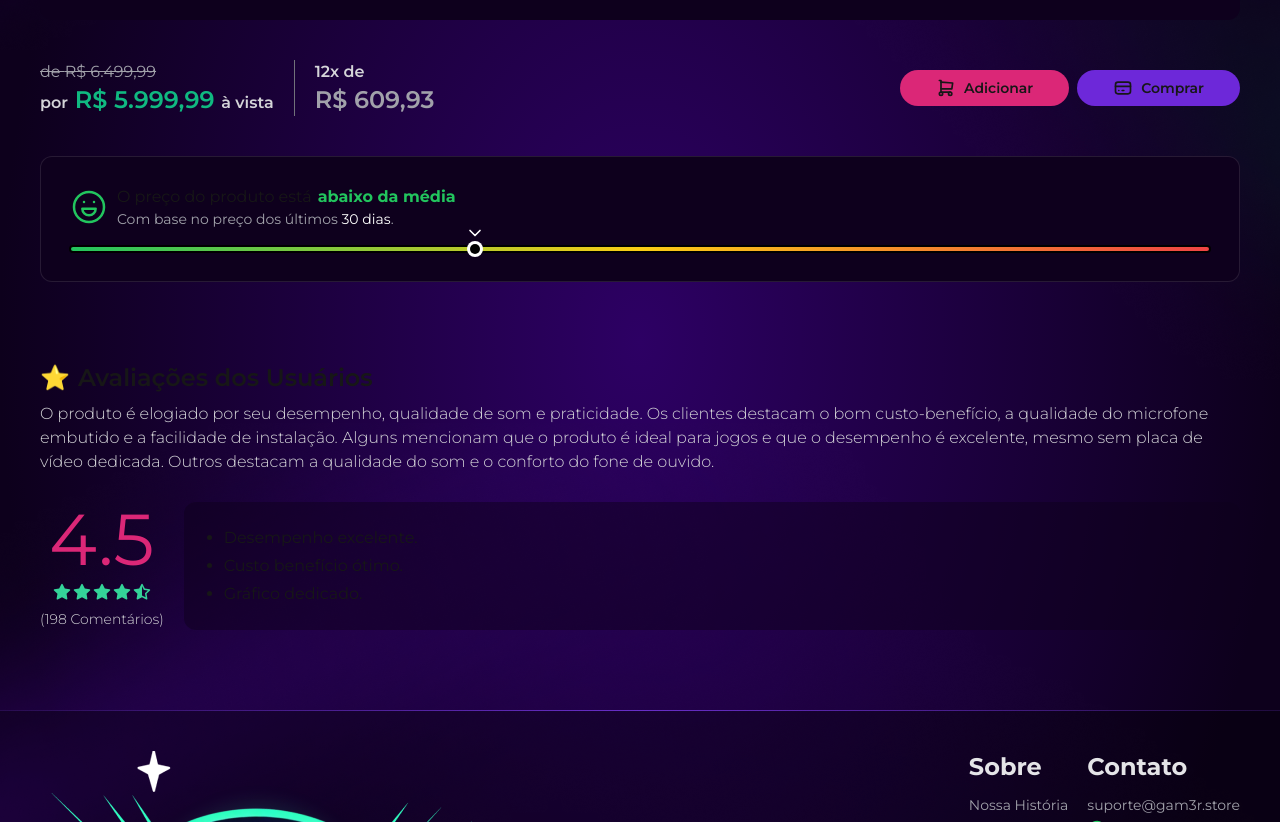
Repository: joaoPraiaJunior/gam3r.store
Page: /produto/1 (app in apps/frontend/)
An editor plug-in stored every save of this project. The page is shown before and after the next save, followed by the edit.
The browser window is 1280 px wide. The page is 1284 px wide, so the pictures cover 1284 px, including what lies to the right of the window. The pictures show the part of the page from y = 620 to 1442 px (the page is 1923 px tall before and 2615 px after).
Pictures or frames that could not be fetched are drawn as grey boxes. The project was rebuilt for these pictures with package versions that can differ from the ones it lists, and the page was loaded fresh each time. The framework's server and built-in components were replaced by stand-ins that run in the browser. Also part of the build but not shown: apps/frontend/next.config.mjs, apps/frontend/src/components/produto/ProdutoNaoEncontrado.tsx.

Above is the page before, as saved 2024-10-05 16:45:53.

### apps/frontend/src/app/layout.tsx
import type { Metadata } from "next";
import { Montserrat } from "next/font/google";
import "./globals.css";

const font = Montserrat({
  subsets: ["latin"],
});

export const metadata: Metadata = {
  title: "Gam3r.Store",
  description: "Versão completa do Gam3r.Store",
};

export default function RootLayout({
  children,
}: Readonly<{
  children: React.ReactNode;
}>) {
  return (
    <html lang="pt-BR" dir="ltr">
      <body className={font.className}>{children}</body>
    </html>
  );
}

### apps/frontend/src/app/(paginas)/layout.tsx
import Pagina from '@/src/components/template/Pagina';

export default function Layout(props: any) {
	return <Pagina>{props.children}</Pagina>;
}

### apps/frontend/src/app/(paginas)/produto/[id]/page.tsx
import AvaliacoesUsuarios from '@/src/components/produto/AvaliacoesUsuarios';
import BannerCompra from '@/src/components/produto/BannerCompra';
import InformacoesProduto from '@/src/components/produto/InformacoesProdutos';
import MedidorDePreco from '@/src/components/produto/MedidorDePreco';
import ProdutoNaoEncontrado from '@/src/components/produto/ProdutoNaoEncontrado';
import TituloProduto from '@/src/components/produto/TituloProduto';
import { produtos } from '@gstore/core';

export default function PaginaProduto(props: any) {
	const id = +props.params.id;
	const produto = produtos.find((produto) => produto.id === id);
	return produto ? (
		<div className="flex flex-col gap-20 container py-10">
			<div className="flex flex-col gap-10">
				<TituloProduto produto={produto} />
				<InformacoesProduto produto={produto} />
				<BannerCompra produto={produto} />
				<MedidorDePreco produto={produto} />
			</div>
			<AvaliacoesUsuarios produto={produto} />
		</div>
	) : (
		<ProdutoNaoEncontrado />
	);
}

### apps/frontend/src/app/globals.css
@tailwind base;
@tailwind components;
@tailwind utilities;

:root {
	--background: #ffffff;
	--foreground: #171717;
}

@media (prefers-color-scheme: dark) {
	:root {
		--background: #0a0a0a;
		--foreground: #ededed;
	}
}

body {
	color: var(--foreground);
	background: var(--background);
	font-family: Arial, Helvetica, sans-serif;
}

@layer utilities {
	.text-balance {
		text-wrap: balance;
	}

	@layer components {
		.container {
			@apply max-w-7xl mx-auto px-10;
		}

		.button {
			@apply flex justify-center items-center;
			@apply gap-2 rounded-full px-9 h-9;
			@apply text-sm font-semibold;
		}
	}
}

### apps/frontend/src/components/template/Pagina.tsx
import bg from '../../public/background.png';
import Cabecalho from './Cabecalho';
import Rodape from './Rodape';

export interface PaginaProps {
	children: any;
	className?: string;
	semCabecalho?: boolean;
	semRodape?: boolean;
}

export default function Pagina(props: PaginaProps) {
	return (
		<div className="flex flex-col min-h-screen" style={{ background: 'radial-gradient(50% 50% at 50% 50%, #2d0064 0%, #0d001c 100%)' }}>
			<div className="flex-1 flex flex-col w-full" style={{ backgroundImage: `url(${bg.src})` }}>
				{!props.semCabecalho && <Cabecalho />}
				<main className={`flex-1 flex flex-col ${props.className ?? ''}`}>{props.children}</main>
				{!props.semRodape && <Rodape />}
			</div>
		</div>
	);
}

### apps/frontend/src/components/produto/AvaliacoesUsuarios.tsx
import { Produto } from '@gstore/core';
import NotaReview from '../shared/NotaREview';

export interface AvaliacoesUsuariosProps {
	produto: Produto;
}

export default function AvaliacoesUsuarios(props: AvaliacoesUsuariosProps) {
	return (
		<div className="flex flex-col gap-2">
			<div className="flex items-center gap-2">
				<span className="text-2xl">⭐</span>
				<span className="text-2xl font-semibold">Avaliações dos Usuários</span>
			</div>
			<p className="font-light text-zinc-300">
				O produto é elogiado por seu desempenho, qualidade de som e praticidade. Os clientes destacam o bom custo-benefício, a qualidade do microfone embutido e a facilidade de instalação. Alguns mencionam que o produto é ideal para jogos e que o desempenho é excelente, mesmo sem placa de
				vídeo dedicada. Outros destacam a qualidade do som e o conforto do fone de ouvido.
			</p>
			<div className="flex items-center gap-5 mt-5">
				<div className="flex flex-col gap-2 items-center">
					<div className="text-7xl text-pink-600">{props.produto.nota}</div>
					<NotaReview nota={props.produto.nota} tamanho={18} />
					<div className="font-light text-sm text-zinc-300">(198 Comentários)</div>
				</div>
				<div className="flex-1 flex items-center bg-violet-dark/50 h-32 rounded-xl">
					<ul className="flex flex-col list-disc px-10 gap-1">
						<li>Desempenho excelente.</li>
						<li>Custo benefício ótimo.</li>
						<li>Gráfico dedicado.</li>
					</ul>
				</div>
			</div>
		</div>
	);
}

### apps/frontend/src/components/produto/BannerCompra.tsx
'use client';
import { Moeda, Produto } from '@gstore/core';
import { IconCreditCard, IconShoppingCart } from '@tabler/icons-react';
// import useCarrinho from '@/data/hooks/useCarrinho'
import useParcelamento from '@/src/data/hooks/useParcelamento';
import { useRouter } from 'next/navigation';

export interface BannerCompraProps {
	produto: Produto;
}

export default function BannerCompra(props: BannerCompraProps) {
	const router = useRouter();
	const { produto } = props;
	// const { adicionarItem } = useCarrinho()
	const parcelamento = useParcelamento(produto.precoPromocional);

	return (
		<div className="flex">
			<div className="flex flex-col border-r border-zinc-500 pr-5">
				<div className="line-through text-zinc-400">de {Moeda.formatar(produto?.precoBase)}</div>
				<div className="text-2xl font-semibold">
					<span className="text-base text-zinc-300">por</span> <span className="text-emerald-500"> {Moeda.formatar(produto?.precoPromocional)}</span> <span className="text-base text-zinc-300">à vista</span>
				</div>
			</div>
			<div className="flex-1 flex flex-col text-2xl font-semibold text-zinc-400 pl-5">
				<span className="text-base text-zinc-300">{parcelamento.qtdeParcelas}x de</span>
				{Moeda.formatar(parcelamento.valorParcela)}{' '}
			</div>
			<div className="flex gap-2 items-center">
				<button
					className="flex-1 button bg-pink-600"
					onClick={() => {}}
					// onClick={() => adicionarItem(produto)}
				>
					<IconShoppingCart size={20} />
					<span>Adicionar</span>
				</button>
				<button
					className="flex-1 button bg-violet-700"
					onClick={() => {
						// adicionarItem(produto)
						router.push('/checkout/pagamento');
					}}
				>
					<IconCreditCard size={20} />
					<span>Comprar</span>
				</button>
			</div>
		</div>
	);
}

### apps/frontend/src/components/produto/InformacoesProdutos.tsx
import { Produto } from '@gstore/core';
import Image from 'next/image';
import Especificacoes from './Especificacoes';

export interface InformacoesProdutoProps {
	produto: Produto;
}

export default function InformacoesProduto(props: InformacoesProdutoProps) {
	const { produto } = props;
	return produto ? (
		<div className="flex items-center bg-violet-dark rounded-xl p-5">
			<div className="flex-1 relative flex justify-center h-96">
				<Image src={produto.imagem!} fill sizes="auto" className="object-cover p-7" alt="Imagem do Produto" />
			</div>
			<Especificacoes produto={produto!} />
		</div>
	) : null;
}

### apps/frontend/src/components/produto/TituloProduto.tsx
import { Produto } from '@gstore/core';

export interface TituloProdutoProps {
	produto: Produto;
}

export default function TituloProduto(props: TituloProdutoProps) {
	const { produto } = props;
	return (
		<div className="flex flex-col">
			<div className="text-2xl">{produto?.nome}</div>
			<div className="font-light text-zinc-400">{produto?.descricao}</div>
		</div>
	);
}

### packages/core/src/index.ts
export * from "../utils";
export * from "./carrinho";
export * from "./constantes";
export * from "./parcelamento";
export * from "./pedido";
export * from "./produto";

### apps/frontend/src/components/template/Cabecalho.tsx
import Link from 'next/link';
import IconeCarrinho from '../shared/IconeCarrinho';
import Logo from '../shared/Logo';
// import useCarrinho from '@/data/hooks/useCarrinho'

export default function Cabecalho() {
	const qtdeItens = 0;
	// const { qtdeItens } = useCarrinho()
	return (
		<header
			className="flex flex-col h-20"
			style={{
				background: 'linear-gradient(90deg, #14002D 0%, #420093 50%, #14002D 100%)',
			}}
		>
			<div className="flex-1 container flex flex-col justify-center">
				<div className="flex justify-between items-center">
					<Logo />
					<Link href="/checkout/carrinho">
						<IconeCarrinho qtdeItens={qtdeItens} />
					</Link>
				</div>
			</div>
			<div className="h-px bg-gradient-to-r from-violet-600/20 via-violet-600/80 to-violet-600/20"></div>
		</header>
	);
}

### apps/frontend/src/components/template/Rodape.tsx
import { IconBrandFacebook, IconBrandInstagram, IconBrandLinkedin, IconBrandWhatsapp, IconBrandYoutube } from '@tabler/icons-react';
import Logo from '../shared/Logo';

export default function Rodape() {
	return (
		<footer className="flex flex-col bg-black/30 text-zinc-400 mt-10">
			<div className="h-px bg-gradient-to-r from-violet-600/20 via-violet-600/80 to-violet-600/20"></div>
			<div className="container flex flex-col py-10 gap-10">
				<div className="flex flex-col md:flex-row items-center md:items-start justify-between text-center md:text-left gap-5 md:gap-0">
					<Logo />
					<div className="flex flex-col gap-1">
						<span className="text-2xl font-bold text-zinc-200 pb-2">Sobre</span>
						<span className="text-sm">Nossa História</span>
						<span className="text-sm">Política de Privacidade</span>
						<span className="text-sm">Termos de Uso</span>
					</div>
					<div className="flex flex-col gap-1">
						<span className="text-2xl font-bold text-zinc-200 pb-2">Contato</span>
						<span className="text-sm">suporte@gam3r.store</span>
						<div className=" text-sm flex items-center gap-2 justify-center md:justify-start">
							<IconBrandWhatsapp size={20} className="text-green-500" />
							<span>WhatsApp</span>
						</div>
					</div>
				</div>
				<div className="flex flex-col md:flex-row items-center gap-1.5 justify-between">
					<div className="flex gap-2 ">
						<IconBrandYoutube size={28} stroke={1} />
						<IconBrandInstagram size={28} stroke={1} />
						<IconBrandFacebook size={28} stroke={1} />
						<IconBrandLinkedin size={28} stroke={1} />
					</div>
					<div className="flex flex-col md:flex-row items-center gap-1.5 text-sm text-zinc-500">
						<div className="flex gap-1.5">
							<span>Feito com</span>
							<span>❤️</span>
							<span>em {new Date().getFullYear()}</span>
						</div>
						<span className="hidden md:inline-block">-</span>
						<span>Todos os direitos reservados</span>
					</div>
				</div>
			</div>
		</footer>
	);
}

### apps/frontend/src/components/shared/NotaReview.tsx
import { IconStar, IconStarFilled, IconStarHalfFilled } from '@tabler/icons-react';

export interface NotaReviewProps {
	nota: number;
	tamanho?: number;
}

export default function NotaReview(props: NotaReviewProps) {
	function notaParaEstrelas(nota: number) {
		const estrelas = [];
		for (let i = 1; i <= 5; i++) {
			if (nota >= i) {
				estrelas.push(<IconStarFilled key={i} size={props.tamanho ?? 12} />);
			} else if (nota >= i - 0.5) {
				estrelas.push(<IconStarHalfFilled key={i} size={props.tamanho ?? 12} />);
			} else {
				estrelas.push(<IconStar key={i} size={props.tamanho ?? 12} />);
			}
		}
		return estrelas;
	}

	return <div className="flex gap-0.5 text-emerald-400">{notaParaEstrelas(props.nota)}</div>;
}

### apps/frontend/src/data/hooks/useParcelamento.tsx
import { CalcularParcelamento } from '@gstore/core';

export default function useParcelamento(valor: number, quantidade: number = 12) {
	const parcelamento = new CalcularParcelamento().executar(valor, quantidade);
	return parcelamento;
}

### apps/frontend/src/components/produto/Especificacoes.tsx
import { Produto } from '@gstore/core';
import { IconTag } from '@tabler/icons-react';
import Tag from '../shared/Tag';

export interface EspecificacoesProps {
	produto: Produto;
}

export default function Especificacoes(props: EspecificacoesProps) {
	const { produto } = props;
	return produto ? (
		<div className="flex-1 flex flex-col gap-1">
			<div className="flex mb-3">
				<Tag label={produto.especificacoes.destaque!} icone={IconTag} outlined />
			</div>
			{produto?.especificacoes &&
				Object.keys(produto.especificacoes)
					.filter((k) => k !== 'destaque')
					.map((chave) => (
						<div key={chave} className="flex gap-1">
							<span className="p-2 w-1/3 bg-white/5 rounded">{chave}</span>
							<span className="p-2 w-2/3 bg-white/5 rounded">{produto.especificacoes[chave]}</span>
						</div>
					))}
		</div>
	) : null;
}

### packages/core/utils/index.ts
import Moeda from './Moeda';

export { Moeda };

### packages/core/src/carrinho/index.ts
import Carrinho from './Carrinho'
import ItemCarrinho from './ItemCarrinho'

export type { ItemCarrinho }
export { Carrinho }

### packages/core/src/constantes/index.ts
import produtos from "./produtos";
const QTDE_MAX_PARCELAS = 12;
const TAXA_JUROS_MENSAL = 0.0167;

export { QTDE_MAX_PARCELAS, TAXA_JUROS_MENSAL, produtos };

### packages/core/src/parcelamento/index.ts
import CalcularParcelamento from './CalcularParcelamanto';
import Parcelamento from './Parcelamento';

export { CalcularParcelamento };
export type { Parcelamento };

### packages/core/src/pedido/index.ts
import { Status } from './Status'
import { FormaPagamento } from './FormaPagamento'
import ItemPedido from './ItemPedido'
import Pedido from './Pedido'
import PedidoEntrega from './PedidoEntrega'

export { FormaPagamento, Status }
export type { Pedido, ItemPedido, PedidoEntrega }

### packages/core/src/produto/index.ts
import Especificacoes from "./Especificacoes.js";
import Precificavel from "./Precificavel.js";
import Produto from "./Produto.js";

export type { Especificacoes, Precificavel, Produto };

### apps/frontend/src/components/shared/IconeCarrinho.tsx
import { IconShoppingCart } from '@tabler/icons-react';

export interface IconeCarrinhoProps {
	qtdeItens: number;
}

export default function IconeCarrinho(props: IconeCarrinhoProps) {
	return (
		<div className="flex justify-center items-center rounded-full w-14 h-14 bg-violet-dark relative">
			<IconShoppingCart size={30} stroke={1.3} />
			<div className="absolute top-2 right-2 bg-pink-500 text-white text-xs font-semibold rounded-full w-5 h-5 flex items-center justify-center">{props.qtdeItens ?? 0}</div>
		</div>
	);
}

### apps/frontend/src/components/shared/Logo.tsx
import Image from 'next/image';
import Link from 'next/link';
import logoTexto from '../../public/logo-texto.png';
import logo from '../../public/logo.png';

export default function Logo() {
	return (
		<Link href="/" className="flex items-center gap-3">
			<Image src={logo} height={60} width={60} className="w-auto h-auto" alt="logo" />
			<Image src={logoTexto} width={230} height={0} className="w-auto h-auto" alt="logo" />
		</Link>
	);
}

### apps/frontend/src/components/shared/Tag.tsx
export interface TagProps {
	label: string;
	icone: React.ElementType;
	outlined?: boolean;
}

export default function Tag(props: TagProps) {
	return (
		<div
			className={`
                flex items-center gap-2 self-start py-1 px-4
                rounded-full text-xs uppercase
                ${props.outlined ? 'border border-violet-500 text-white' : 'bg-gradient-to-r from-violet-600 to-violet-700'}

            `}
		>
			<props.icone size={15} />
			<span>{props.label}</span>
		</div>
	);
}

### packages/core/utils/Moeda.ts
export default class Moeda {
	static formatar(valor: number, localizacao: string = 'pt-BR', moeda: string = 'BRL'): string {
		return (valor ?? 0).toLocaleString(localizacao, {
			style: 'currency',
			currency: moeda,
		});
	}
}

### packages/core/src/carrinho/Carrinho.ts
import { Produto } from '../produto'
import ItemCarrinho from './ItemCarrinho'

export default class Carrinho {
    constructor(readonly itens: ItemCarrinho[] = []) {}

    adicionarItem(produto: Produto): Carrinho {
        const item = this.itemPorProduto(produto)
        if (item) {
            return new Carrinho(this.alterarQuantidadeItem(this.itens, produto, 1))
        } else {
            return new Carrinho([...this.itens, { produto, quantidade: 1 }])
        }
    }

    removerItem(produto: Produto) {
        const item = this.itemPorProduto(produto)
        if (!item) return this

        return new Carrinho(this.alterarQuantidadeItem(this.itens, produto, -1))
    }

    removerProduto(produto: Produto) {
        const item = this.itemPorProduto(produto)
        if (!item) return this

        return new Carrinho(this.itens.filter((item) => item.produto.id !== produto.id))
    }

    limpar() {
        return new Carrinho()
    }

    get qtdeItens() {
        return this.itens.map((item) => item.quantidade).reduce((a, b) => a + b, 0)
    }

    get valorTotal() {
        return this.itens
            .map((item) => item.produto.precoPromocional * item.quantidade)
            .reduce((a, b) => a + b, 0)
    }

    get valorTotalCheio() {
        return this.itens
            .map((item) => item.produto.precoBase * item.quantidade)
            .reduce((a, b) => a + b, 0)
    }

    private itemPorProduto(produto: Produto): ItemCarrinho | undefined {
        return this.itens.find((item) => item.produto.id === produto.id)
    }

    private alterarQuantidadeItem(
        itens: ItemCarrinho[],
        produto: Produto,
        diferenca: number
    ): ItemCarrinho[] {
        return itens
            .map((i) =>
                i.produto.id === produto.id ? { ...i, quantidade: i.quantidade + diferenca } : i
            )
            .filter((i) => i.quantidade > 0)
    }
}

### packages/core/src/parcelamento/CalcularParcelamanto.ts
import { QTDE_MAX_PARCELAS, TAXA_JUROS_MENSAL } from '../constantes';
import Parcelamento from './Parcelamento';

export default class CalcularParcelamento {
	executar(valor: number, qtdeParcelas: number = QTDE_MAX_PARCELAS, taxaJuros: number = TAXA_JUROS_MENSAL): Parcelamento {
		if (qtdeParcelas < 2 || qtdeParcelas > QTDE_MAX_PARCELAS) {
			throw new Error(`Quantidade de parcelas deve ser entre 2 e ${QTDE_MAX_PARCELAS}`);
		}

		const totalComJuros = this.calcularJurosCompostos(valor, taxaJuros, qtdeParcelas);

		return {
			valorParcela: this.comDuasCasasDecimais(totalComJuros / qtdeParcelas),
			valorTotal: this.comDuasCasasDecimais(totalComJuros),
			qtdeParcelas,
			taxaJuros,
		};
	}

	private calcularJurosCompostos(valorTotal: number, taxaMensal: number, qtdeParcelas: number) {
		return valorTotal * Math.pow(1 + taxaMensal, qtdeParcelas);
	}

	private comDuasCasasDecimais(valor: number): number {
		return Math.round(valor * 100) / 100;
	}
}

### packages/core/src/pedido/Status.ts
export enum Status {
    RECEBIDO = 'RECEBIDO',
}

### packages/core/src/pedido/FormaPagamento.ts
export enum FormaPagamento {
    PIX = 'PIX',
    BOLETO = 'BOLETO',
    CARTAO = 'CARTAO',
}

### apps/frontend/tailwind.config.ts
import type { Config } from 'tailwindcss';

const config: Config = {
	content: ['./src/pages/**/*.{js,ts,jsx,tsx,mdx}', './src/components/**/*.{js,ts,jsx,tsx,mdx}', './src/app/**/*.{js,ts,jsx,tsx,mdx}'],
	theme: {
		extend: {
			colors: {
				background: 'var(--background)',
				foreground: 'var(--foreground)',
				'violet-dark': {
					DEFAULT: '#0E001D',
					foreground: '#FFF',
				},
			},
		},
	},
	plugins: [],
};
export default config;

### apps/frontend/src/components/produto/AvaliacaoEspecializada.tsx
import { Produto } from '@gstore/core'

export interface AvaliacaoEspecializadaProps {
    produto: Produto
}

export default function AvaliacaoEspecializada(
    props: AvaliacaoEspecializadaProps,
) {
    const { produto } = props
    return (
        <div className="flex flex-col gap-5">
            <div className="flex flex-col gap-2">
                <div className="flex items-center gap-2">
                    <span className="text-3xl">🎯</span>
                    <span className="text-2xl font-semibold">
                        Avaliação Especializada
                    </span>
                </div>
                <p className="font-light text-zinc-300">
                    *As avaliações que apresentamos não são desenvolvidos por
                    nós, mas sim por canais especializados em tecnologia, que
                    trazem uma análise aprofundada e imparcial dos produtos.
                </p>
            </div>
            <div className="relative lg:h-[500px]">
                <iframe
                    className="absolute inset-0 w-full h-full"
                    src={produto?.videoReview}
                    title="YouTube video player"
                    allow="accelerometer; autoplay; clipboard-write; encrypted-media; gyroscope; picture-in-picture"
                    allowFullScreen
                ></iframe>
            </div>
        </div>
    )
}

Loaded but not shown: packages/core/src/constantes/produtos.ts (697 lines, source omitted); apps/frontend/src/components/produto/MedidorDePreco.tsx (98 lines, source omitted)

After the next save:
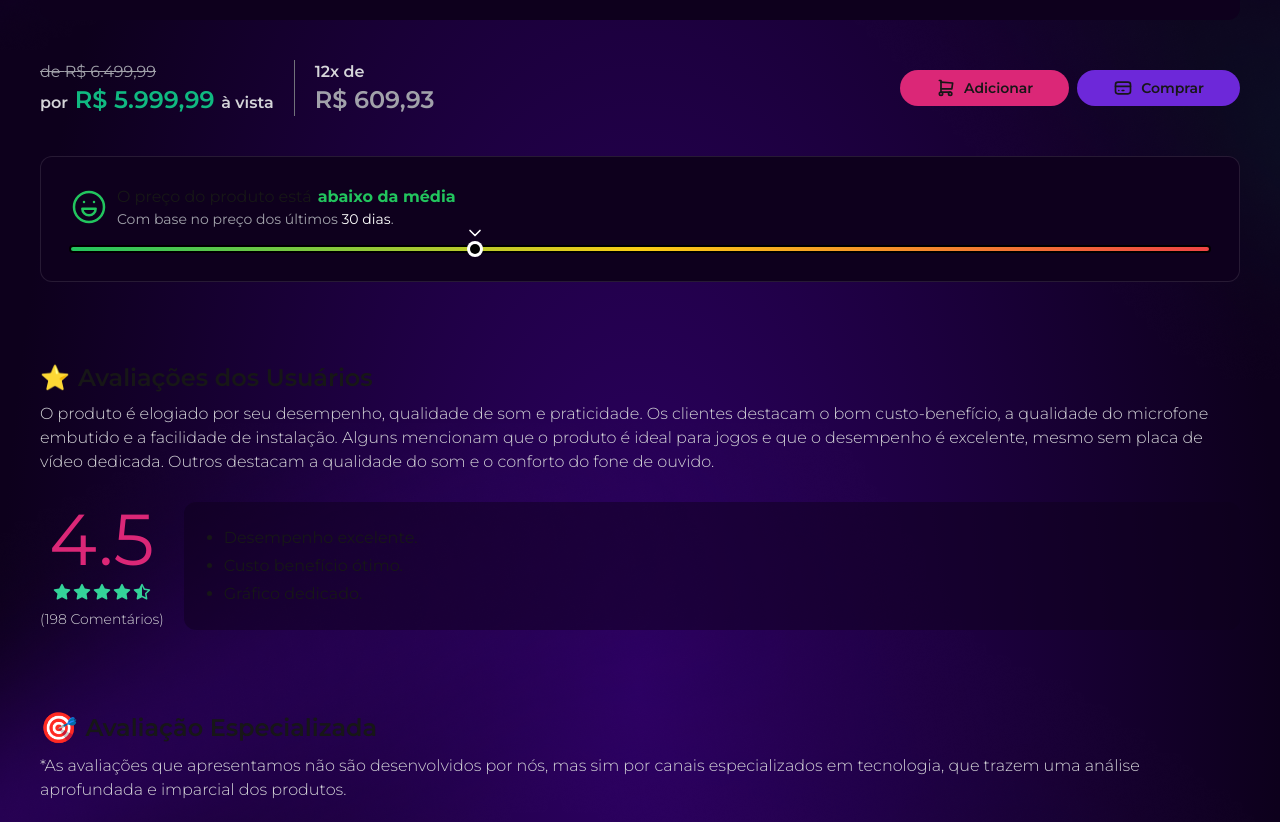
Saved 89 s later.
--- a/apps/frontend/src/app/(paginas)/produto/[id]/page.tsx
+++ b/apps/frontend/src/app/(paginas)/produto/[id]/page.tsx
@@ -1,3 +1,4 @@
+import AvaliacaoEspecializada from '@/src/components/produto/AvaliacaoEspecializada';
 import AvaliacoesUsuarios from '@/src/components/produto/AvaliacoesUsuarios';
 import BannerCompra from '@/src/components/produto/BannerCompra';
 import InformacoesProduto from '@/src/components/produto/InformacoesProdutos';
@@ -18,6 +19,7 @@
 				<MedidorDePreco produto={produto} />
 			</div>
 			<AvaliacoesUsuarios produto={produto} />
+			<AvaliacaoEspecializada produto={produto} />
 		</div>
 	) : (
 		<ProdutoNaoEncontrado />
